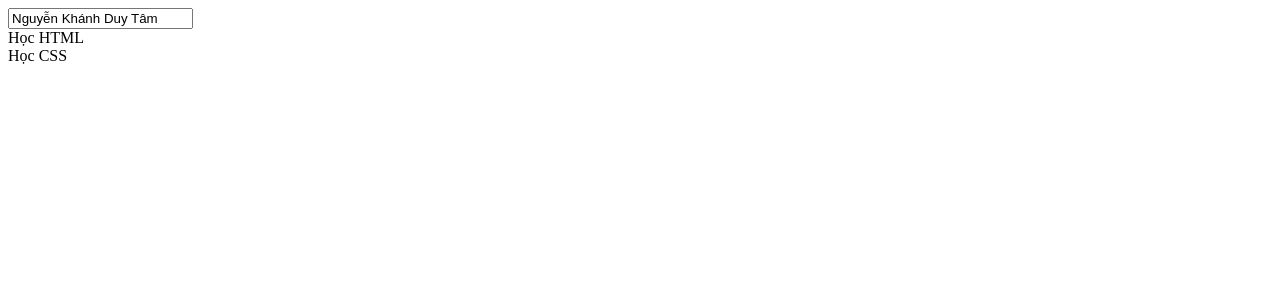
Repository: Pr-DuyTam/HTML-CSS-JS-PHP
Page: Javascript/Lập trình hướng đối tượng trong JS/Tìm thẻ HTML theo tên class(46).htm
These files come from the project's save history. The page is drawn as it stood at one moment and after the next save; the edit follows.
The browser window is 1280 px wide. The pictures show the whole page.

Above is the page before, as saved 2023-08-18 08:37:37.

### Javascript/Lập trình hướng đối tượng trong JS/Tìm thẻ HTML theo tên class(46).htm
<!DOCTYPE html>
<html lang="en">
<head>
    <meta charset="UTF-8">
    <meta name="viewport" content="width=device-width, initial-scale=1.0">
    <title>Tìm thẻ HTML theo tên class</title>
</head>
<body>
    <input type="text" value="Nguyễn Khánh Duy Tâm" class="NKDT" />
    <div class="web">Học  HTML</div>
    <div class="web">Học CSS</div>
</body>
</html>

After the next save:
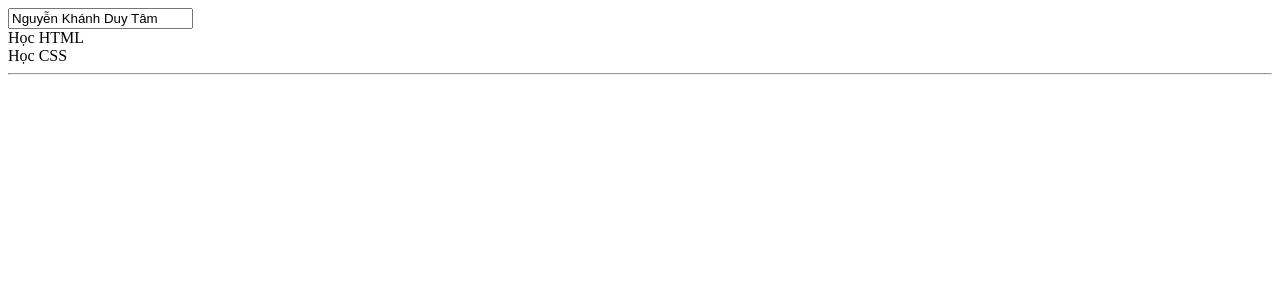
Saved 20 s later.
--- a/Javascript/Lập trình hướng đối tượng trong JS/Tìm thẻ HTML theo tên class(46).htm
+++ b/Javascript/Lập trình hướng đối tượng trong JS/Tìm thẻ HTML theo tên class(46).htm
@@ -8,6 +8,10 @@
 <body>
     <input type="text" value="Nguyễn Khánh Duy Tâm" class="NKDT" />
     <div class="web">Học  HTML</div>
-    <div class="web">Học CSS</div>
+    <div class="web">Học CSS</div> <hr/>
+
+    <script>
+
+    </script>
 </body>
 </html>
